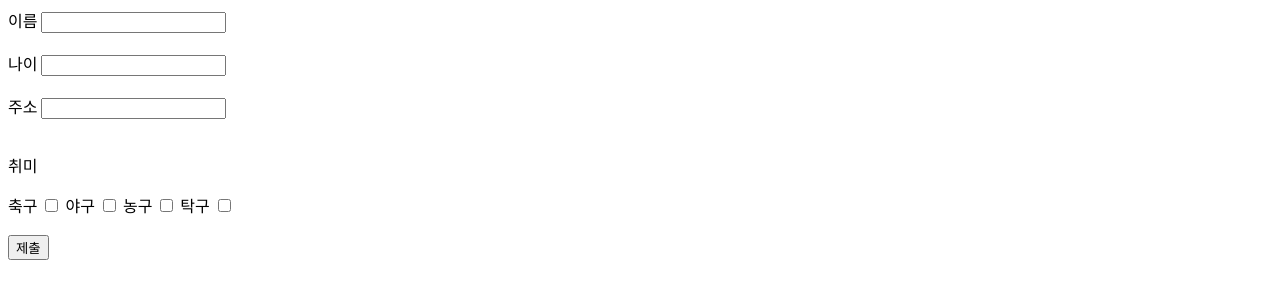
Repository: Minh137/java_works
Page: web06/src/main/webapp/userform.html
These files come from the project's save history. The page is drawn as it stood at one moment and after the next save; the edit follows.
The browser window is 1280 px wide. The pictures show the whole page.

Above is the page before, as saved 2024-08-26 03:49:26.

After the next save:
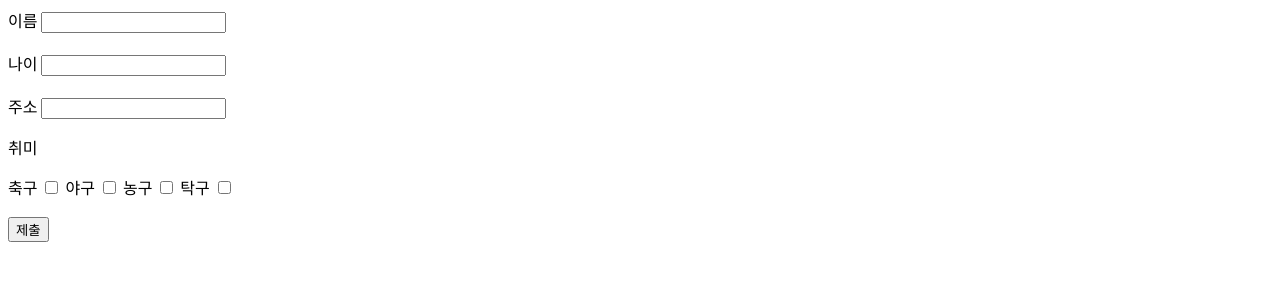
Saved 10 s later.
--- a/web06/src/main/webapp/userform.html
+++ b/web06/src/main/webapp/userform.html
@@ -13,7 +13,7 @@
 		<input type="text" id="age" name="age" required><br><br>
 
 		<label>주소</label>
-		<input type="text" id="addr" name="addr" required><br><br>
+		<input type="text" id="addr" name="addr" required><br>
 		<p>취미</p>
 		<label>축구</label>
 		<input type="checkbox" id="hob" name="fb" required>
